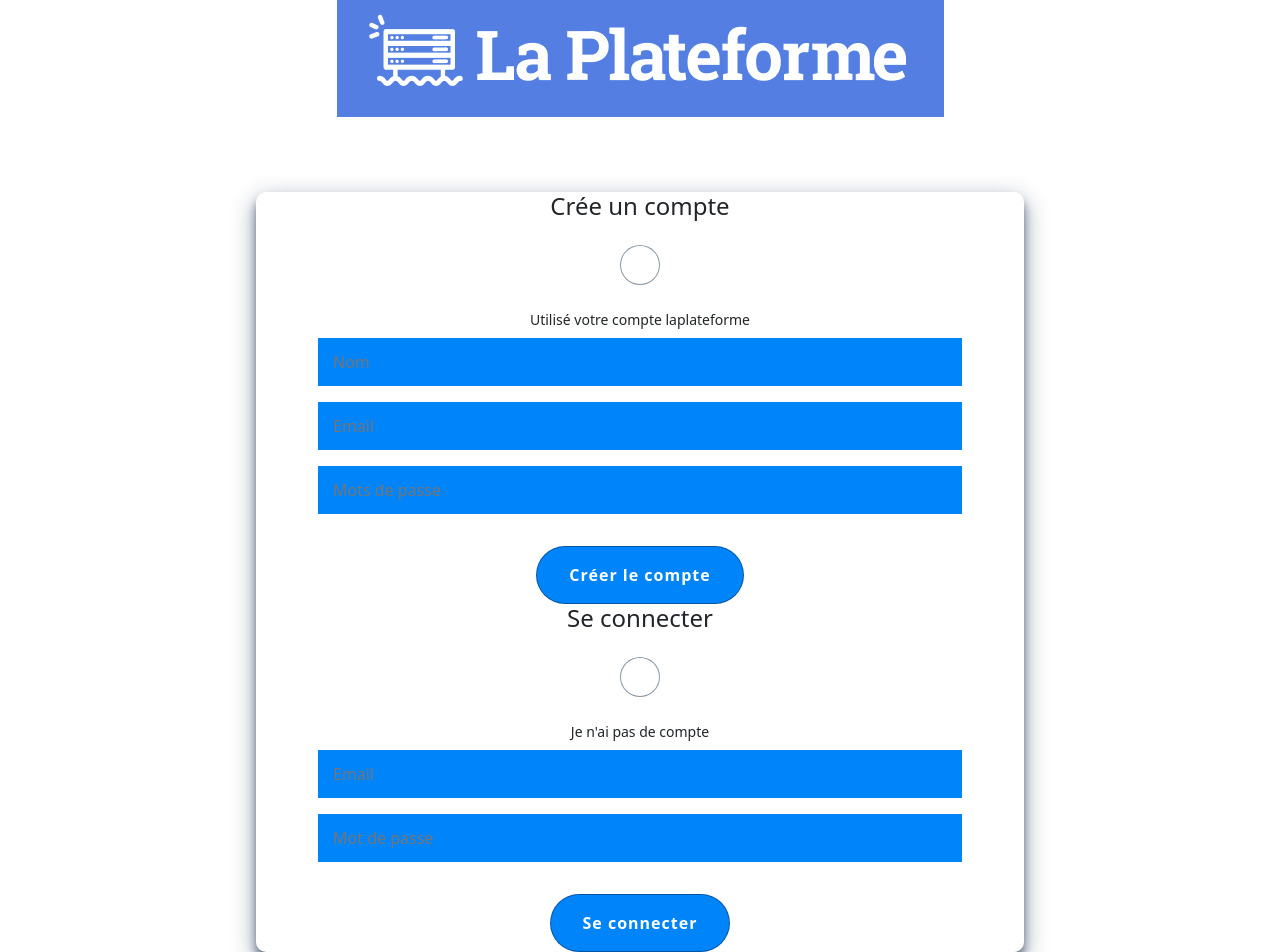
Repository: karim-sebih/runtrackJs
Page: bigjob/index.html
The author's editor kept a copy of each file at every save. The page is drawn from the files as they stood at one save, then again after a run of saves.
The browser window is 1280 px wide. The pictures show the whole page.

Above is the page before, as saved 2025-03-20 11:48:26.

After the next 2 saves:
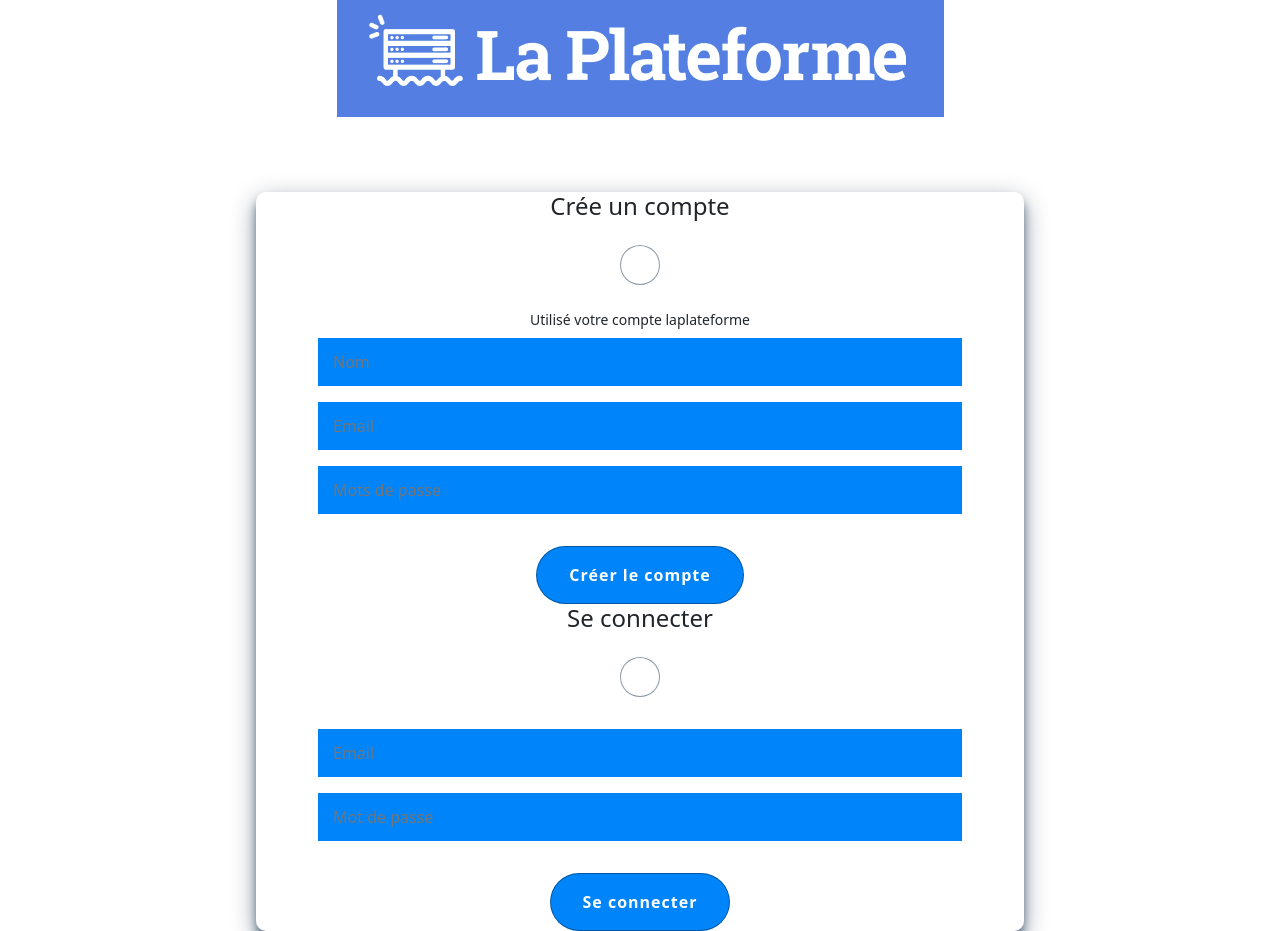
The 2 saves are shown as one change because they came seconds apart.
The last was saved 8 s later.
--- a/bigjob/index.html
+++ b/bigjob/index.html
@@ -37,9 +37,8 @@
         <div class="social-container">
 
             <a href="#"><i class="fab fa-google-plus-g"></i></a>
+        </div>
 
-        </div>
-        <span>Je n'ai pas de compte</span>
         <input type="email" placeholder="Email">
         <input type="password" placeholder="Mot de passe">
         <button>Se connecter</button>
